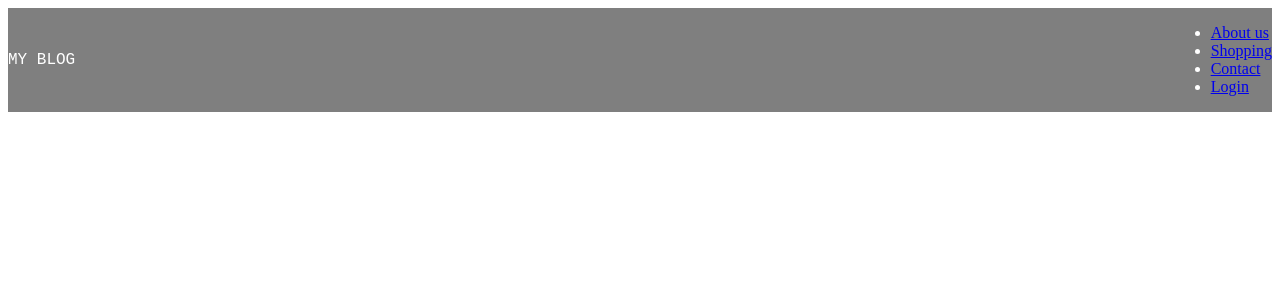
Repository: alikahwaji/HTML-CSS
Page: index.html
An editor plug-in stored every save of this project. The page is shown before and after the next save, followed by the edit.
The browser window is 1280 px wide. The pictures show the whole page.

Above is the page before, as saved 2019-10-07 12:57:31.

After the next save:
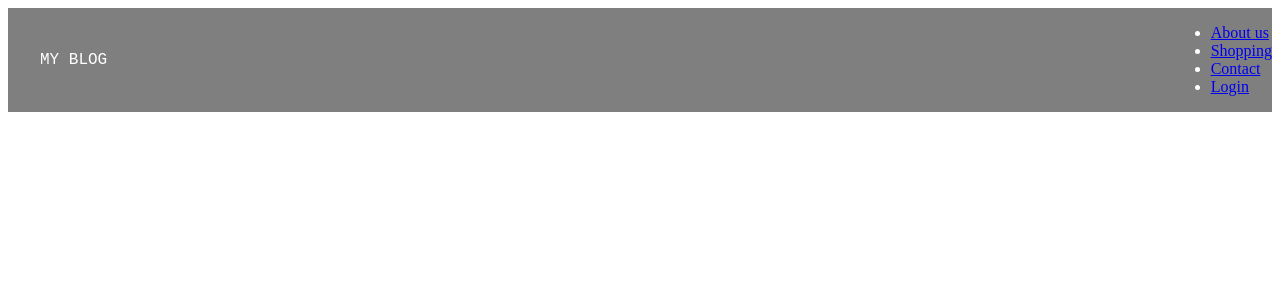
Saved 5 min 3 s later.
--- a/style.css
+++ b/style.css
@@ -10,5 +10,5 @@
   justify-content: space-between;
   align-items: center;
   font-family: 'Courier New', Courier, monospace;
-  margin: 0;
+  margin: 0 2rem;
 }
